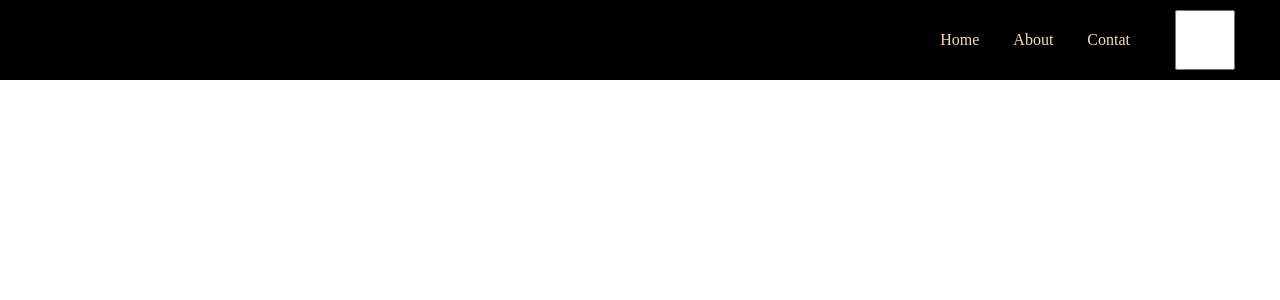
Repository: imokha01/toggleNavBar
Page: index.html
These files come from the project's save history. The page is drawn as it stood at one moment and after the next save; the edit follows.
The browser window is 1280 px wide. The pictures show the whole page.

Above is the page before, as saved 2023-12-26 22:26:27.

### index.html
<!DOCTYPE html>
<html lang="en">
<head>
    <meta charset="UTF-8">
    <meta name="viewport" content="width=device-width, initial-scale=1.0">
    <title>Toggle Nav Bar</title>
    <link rel="stylesheet" href="style.css">
</head>
<body>
    <header class="header">
        <div class="header__content">
            <nav class="header__content__navbar">
                <li class="header__content__navbar__list">
                    <a href="#" class="header__content__navbar__link">Home</a>
                </li>
                <li class="header__content__navbar__list">
                    <a href="#" class="header__content__navbar__link">About</a>
                </li>
                <li class="header__content__navbar__list">
                    <a href="#" class="header__content__navbar__link">Contat</a>
                </li>
            </nav>
            <input type="checkbox" class="checkbox toggle-triger">
        </div>

    </header>
</body>
</html>

### style.css
*{
    margin: 0;
    padding: 0;
    box-sizing: border-box;
}

.header {
    background: #000;
    /* height: 70px; */

}


.header__content__navbar__list {
    display: inline-block;
    list-style-type: none;
}

.header__content__navbar__link{
    color: wheat;
    text-decoration: none;
    padding: 15px;
}

.header__content {
    display: flex;
    justify-content: end;
    align-items: center;
    padding: 10px 25px;

    gap: 10px;
}

.checkbox {
    width: 100px;
    height:60px;
    border-radius: 100px;
    /* appearance: none; */


}

After the next save:
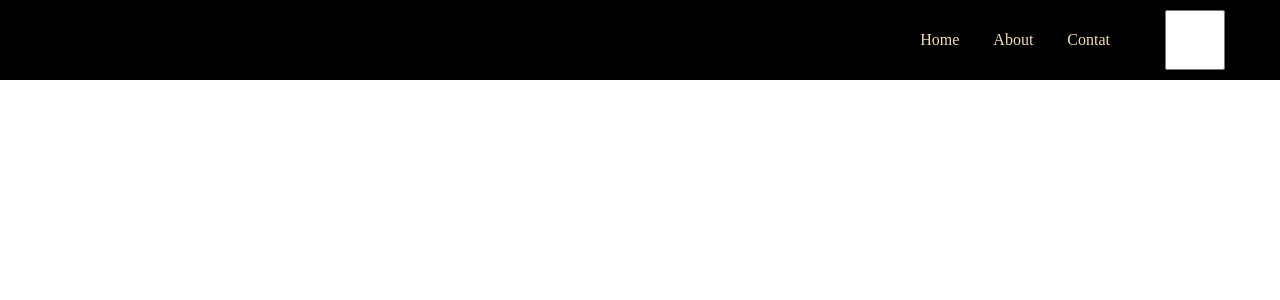
Saved 13 s later.
--- a/style.css
+++ b/style.css
@@ -32,7 +32,7 @@
 }
 
 .checkbox {
-    width: 100px;
+    width: 120px;
     height:60px;
     border-radius: 100px;
     /* appearance: none; */
